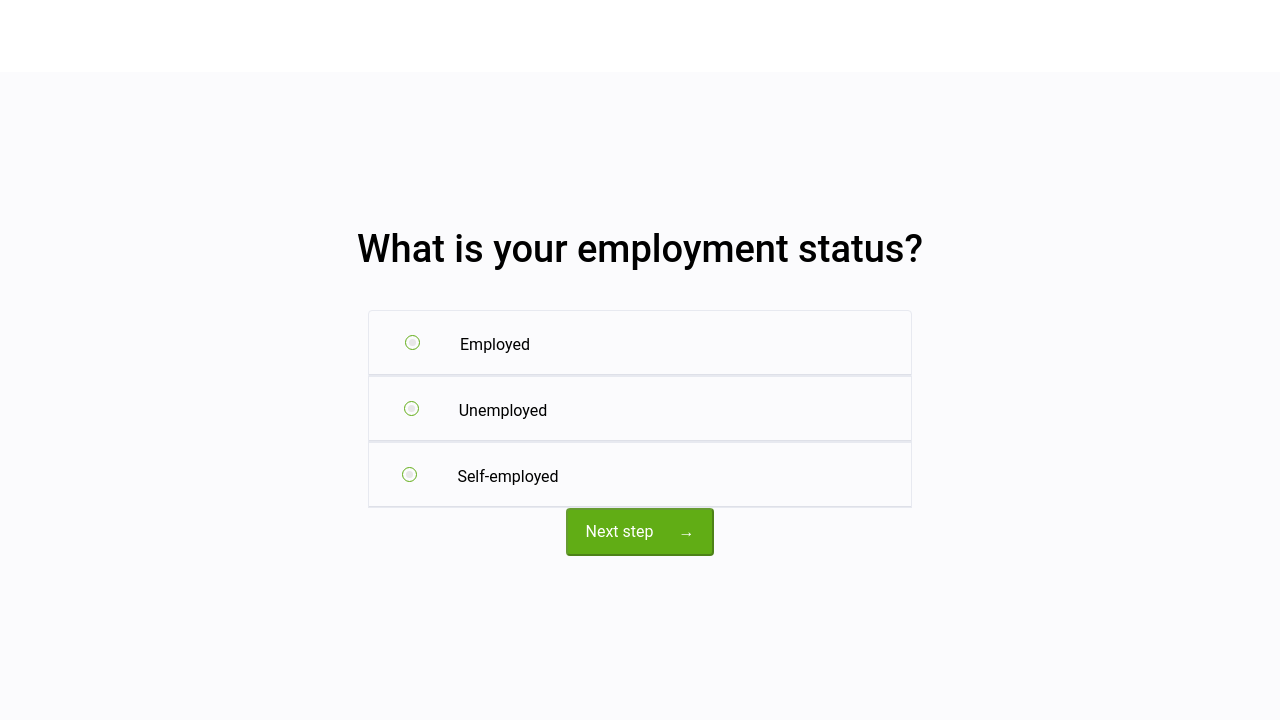
Repository: andbilous/task-survey
Page: /employment-status
These files come from the project's save history. The page is drawn as it stood at one moment and after a run of saves; the edit follows.
The browser window is 1280 px wide. The pictures show the whole page.
The project was rebuilt for these pictures with package versions that can differ from the ones it lists, and the page was loaded fresh each time. Also part of the build but not shown: src/pages/FillingStatus.jsx, src/pages/Proprietorships.jsx, src/pages/Score.jsx.

Above is the page before, as saved 2020-06-18 19:19:08.

After the next 5 saves:
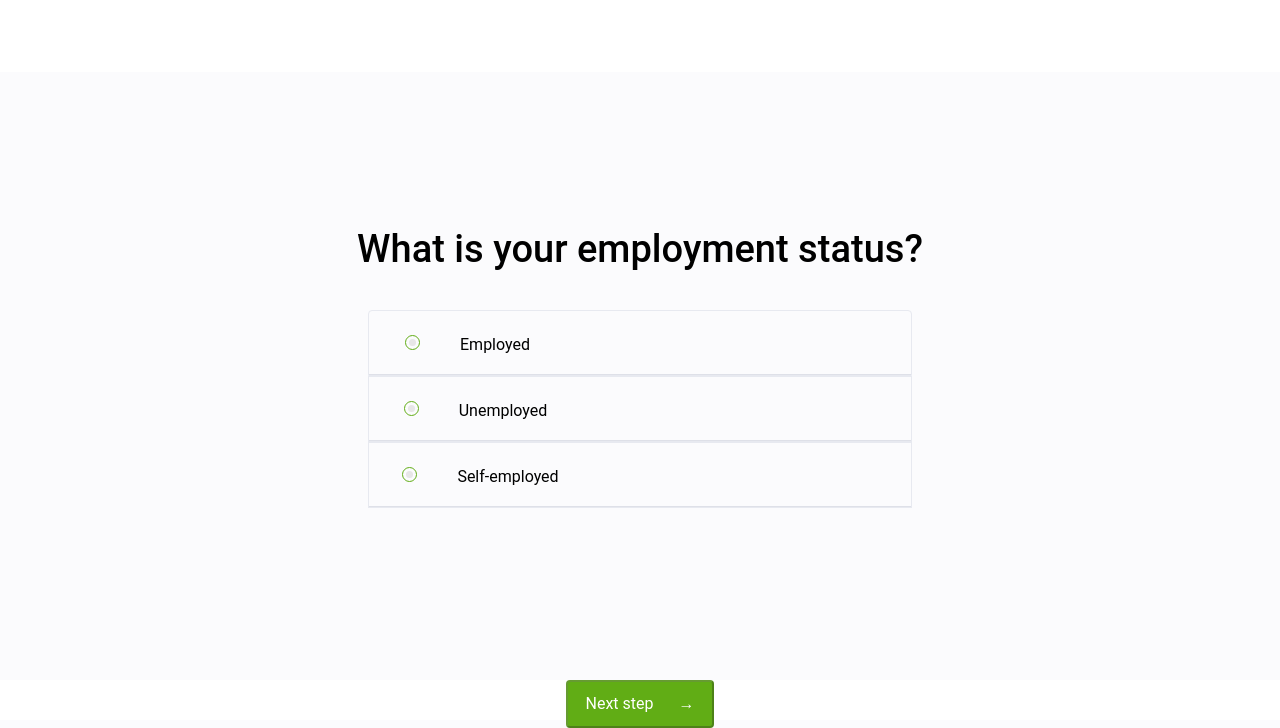
The 5 saves are shown as one change because they came seconds apart.
The last was saved 118 s later.
--- a/src/components/Footer.jsx
+++ b/src/components/Footer.jsx
@@ -25,6 +25,7 @@ const Footer = ({ disable, navigateNextPage, navigatePrevPage }) => {
   }
   if (navigatePrevPage && !navigateNextPage) {
     return (
+      <div style={styles.general}>
       <button
         disabled={disable}
         onClick={() => {
@@ -33,10 +34,12 @@ const Footer = ({ disable, navigateNextPage, navigatePrevPage }) => {
       >
         Prev step
       </button>
+      </div>
     );
   }
   if (!navigatePrevPage && navigateNextPage) {
     return (
+      <div style={styles.general}>
       <button
         style={styles.button}
         disabled={disable}
@@ -47,6 +50,7 @@ const Footer = ({ disable, navigateNextPage, navigatePrevPage }) => {
         <span>Next step</span>
         <span style={styles.arrow}>&#8594;</span>
       </button>
+      </div>
     );
   }
 };
